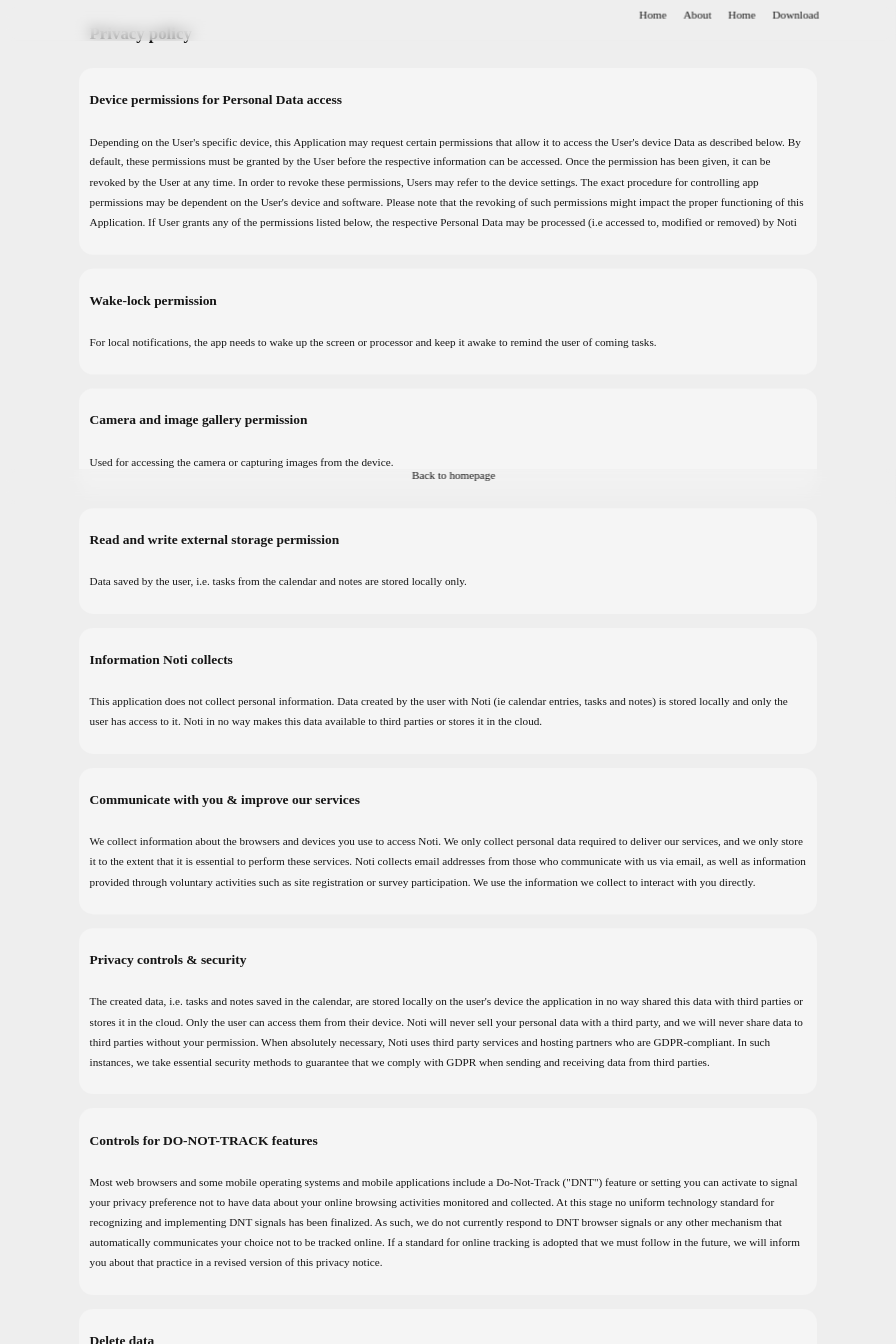
Repository: RafalSiuta/notiweb
Page: policy.html
These files come from the project's save history. The page is drawn as it stood at one moment and after the next save; the edit follows.
The browser window is 1280 px wide. The pictures show the part of the page from y = 0 to 1920 px (the page is 3557 px tall), at 70% of full size.

Above is the page before, as saved 2024-12-15 02:26:22.

### policy.html
<!DOCTYPE html>
<!--[if lt IE 7]>      <html class="no-js lt-ie9 lt-ie8 lt-ie7"> <![endif]-->
<!--[if IE 7]>         <html class="no-js lt-ie9 lt-ie8"> <![endif]-->
<!--[if IE 8]>         <html class="no-js lt-ie9"> <![endif]-->
<!--[if gt IE 8]>      <html class="no-js"> <!--<![endif]-->
<html>
    <head>
        <meta charset="utf-8">
        <meta http-equiv="X-UA-Compatible" content="IE=edge">
        <title>Noti privacy policy</title>
        <link rel="icon" type="image/x-icon" href="/images/favicon.ico">
        <meta name="Noti mobile app privacy policy" content="">
        <meta name="viewport" content="width=device-width, initial-scale=1">
        <link rel="stylesheet" href="/styles/styles.css">
    </head>
    <body>
        <nav>
            <ul>
                <li><a href="index.html">Home</a></li>
                <li><a href="index.html">About</a></li>
                <li><a href="index.html">Home</a></li>
                <li><a href="index.html">Download</a></li>
            </ul>
        </nav>

        <div class="main">
            <header>
                <h1>Privacy policy</h1>
            </header>

            <div class="item">

                <h3>Device permissions for Personal Data access</h3>
                <p>Depending on the User's specific device, this Application may request certain permissions that allow it to access the
                    User's device Data as described below.
                    By default, these permissions must be granted by the User before the respective information can be accessed. Once
                    the
                    permission has been given, it can be revoked by the User at any time. In order to revoke these permissions, Users
                    may
                    refer to the device settings.
                    The exact procedure for controlling app permissions may be dependent on the User's device and software.
                    Please note that the revoking of such permissions might impact the proper functioning of this Application.
                    If User grants any of the permissions listed below, the respective Personal Data may be processed (i.e accessed to,
                    modified or removed) by Noti</p>
            </div>
            <div class="item">
                <h3>Wake-lock permission</h3>
                <p>For local notifications, the app needs to wake up the screen or processor and keep it awake to remind the user of coming
                tasks.</p>
            </div>
            <div class="item">
                <h3>Camera and image gallery permission</h3>
                <p>Used for accessing the camera or capturing images from the device.</p>
            </div>
            <div class="item">
                <h3>Read and write external storage permission</h3>
                <p>Data saved by the user, i.e. tasks from the calendar and notes are stored locally only.</p>
            </div>
            <div class="item">
                <h3>Information Noti collects</h3>
                <p>This application does not collect personal information. Data created by the user with Noti (ie calendar entries,
                tasks
                and notes) is stored locally and only the user has access to it. Noti in no way makes this data available to third
                parties or stores it in the cloud.</p>
            </div>
            <div class="item">
                <h3>Communicate with you & improve our services</h3>
                <p>We collect information about the browsers and devices you use to access Noti.
                We only collect personal data required to deliver our services, and we only store it to the extent that it is
                essential
                to perform these services.
                Noti collects email addresses from those who communicate with us via email, as well as information provided through
                voluntary activities such as site registration or survey participation. We use the information we collect to
                interact
                with you directly.</p>
            </div>
            <div class="item">
                <h3>Privacy controls & security</h3>
                <p>The created data, i.e. tasks and notes saved in the calendar, are stored locally on the user's device
                the application in no way
                shared this data with third parties or stores it in the cloud. Only the user can access them from their device.
                Noti will never sell your personal data with a third party, and we will never share data to third parties without
                your permission. When absolutely necessary, Noti uses third party services and hosting partners who are
                GDPR-compliant. In such instances, we take essential security methods to guarantee that we comply with GDPR when sending
                and receiving data from third parties.</p>
            </div>
            <div class="item">
                <h3>Controls for DO-NOT-TRACK features</h3>
                <p>Most web browsers and some mobile operating systems and mobile applications include a Do-Not-Track ("DNT") feature or
                setting you can activate to signal your privacy preference not to have data about your online browsing activities
                monitored and collected. At this stage no uniform technology standard for recognizing and implementing DNT signals has
                been finalized. As such, we do not currently respond to DNT browser signals or any other mechanism that automatically
                communicates your choice not to be tracked online. If a standard for online tracking is adopted that we must follow in
                the future, we will inform you about that practice in a revised version of this privacy notice.</p>
            </div>
            <div class="item">
                <h3>Delete data</h3>
                <p>The data created with the application can be deleted by selecting the settings icon (the gear icon) and then selecting
                "settings" from the bar menu on the right, and then selecting the tab titled "Recycle Bin" - you can decide after which
                time the data will be deleted. Data is also deleted during the process of uninstalling the application from the device.
                Data from the website, such as the name and e-mail address provided for the newsletter, may be deleted after sending
                information to the contact address with a request to delete the data.</p>
            </div>
            <div class="item">
                <h3>The rights of Users</h3>
                <p>In brief: In some regions, such as the European Economic Area (EEA) and the United Kingdom (United Kingdom), you have
                rights that give you greater access to and control over your personal information. You can review, change or close your
                account at any time. In some regions (such as the EEA and UK) you have certain rights under applicable data protection
                laws. They may include the right - to request access and obtain a copy of your personal data, to request rectification
                or deletion, to limit the processing of your personal data and, where applicable, to transfer data. In certain
                circumstances, you may also have the right to object to the processing of your personal data. To make such a request,
                please use the contact details provided below. We will consider and take action upon request in accordance with
                applicable data protection laws. If we are relying on your consent to process your personal data, you have the right to
                withdraw your consent at any time. Remember, however, that this will not affect the lawfulness of processing prior to
                its withdrawal or the processing of your personal data based on lawful grounds for processing other than consent. If you
                are an EEA or UK resident and you believe that we are processing your personal data unlawfully, you also have the right
                to lodge a complaint with your local data protection supervisory authority <br></p>
            </div>
            <div class="item">
                <h3>Do California residents have specific privacy rights?</h3>
                <p>In brief: Yes, if you live in California you have certain rights to access your personal information. Section 1798.83 of
                the California Civil Code, also known as the "Shine The Light" Act, allows our California users to request and obtain
                from us once a year and free of charge information on the categories of personal information (if any) disclosed to third
                parties for direct marketing purposes as well as the names and addresses of all third parties with whom we shared
                personal data in the immediately preceding calendar year. If you are a California resident and wish to make such a
                request, please send us your request to the email address provided below. If you are under the age of 18, live in
                California and have a registered account, you have the right to request the deletion of unwanted data. To request
                deletion of such data, please contact us using the contact details provided below, providing the email address
                associated with your account and a statement that you live in California. We will make sure that the data is not
                publicly displayed in the Application, however, it should be remembered that this data may not be completely or
                comprehensively removed from all our systems (e.g. backups, etc.).</p>
            </div>
            <div class="item">
                <h3>Cookies</h3>
                <p>Cookies are required on Noti Website. We use them to collect visitors' preferences and thus to better optimize the
                user experience. Users can disable cookies in their browser settings. But please note that our services rely on cookies
                to function properly, and you may not be able to access certain features on our Website after disabling them.</p>
            </div>
            <div class="item">
                <h3>Changes to This Policy</h3>
                <p>If our Privacy Policy is changed in the future, we will not limit your rights under this Privacy Policy without your
                express consent. We always indicate the publication date of the latest changes. If the changes are significant, we will
                send you a more prominent notice (including, for certain services, an email notification of changes to the Privacy
                Policy).
                Please check back periodically to stay informed of any updates or changes to this Privacy Policy. By continuing to
                access and use Noti, you agree to be bound by the revised policy.
                </p>
            </div>
            <div class="item">
                <h3>Contact Us</h3>
                <p>If you have any questions about this Policy, please email us at <b>r85unit@gmail.com</b> with topic: "Privacy Questions”
                in the title line.
                </p>
            </div>
        </div>

        <footer>
            <a class="policy-link" href="index.html">Back to homepage</a>
        </footer>
        <script src="" async defer></script>
    </body>
</html>

### styles/styles.css
@font-face {
    font-family: "Exo-medium";
    src:url("fonts/Exo2-Medium.ttf") format("ttf");
    font-family: "Exo-black";
    src: url("fonts/Exo2-Black.ttf") format("ttf");

}
body {
    background-color: #EEEEEE;

}
nav{
    width: 100vw;
    position: fixed;
    background-color: rgba(238, 238, 238, 0.5);
    backdrop-filter: blur(10px);
}
 ul{
    width: 80vw;
    height: 40px;
    top: 0;
    margin: 5px auto;
    text-align: right;
}

li{
    display: inline;
    margin: 10px;
}
a {
    color: #161616;
    font-size: 1em;
    text-decoration: none;
    font-family: "Exo-medium";
    z-index: 2;
}
.main{
    display: flex;
    flex-direction: column;
    align-items: center;
    padding: 70px auto;
}

h1, h3{
    font-family: "Exo-black";
    font-size: 1.2em;
    color: #161616;
}

h1{
    font-size: 1.5em;
}

section{
    width: 100vw;
    height: 100vh;
    display: flex;
    justify-content: center;
    align-items: center;
}
footer{
    bottom: 0;
    height: 50px;
    width: 100vw;
    position: fixed;
    text-align: center;
    z-index: 2;
    background-color: rgba(238,238, 238, 0.5);
    backdrop-filter: blur(10px);
}
.policy-link{
    font-family: "Exo-medium";
    font-size: 1em;
    color: #161616;
    padding: 5px;
}
.item {
    display: flex;
    flex-direction: column;
    width: 80vw;
    text-align: left;
    margin: 10px auto;
    background-color: #f5f5f5;
    padding: 15px;
    border-radius: 20px;
}
p{
    line-height: 1.8em;
    font-family: 'Exo-medium';
    color: #161616;
}
header{
    width: 80vw;
    text-align: left;
    margin: 10px auto;

}

After the next save:
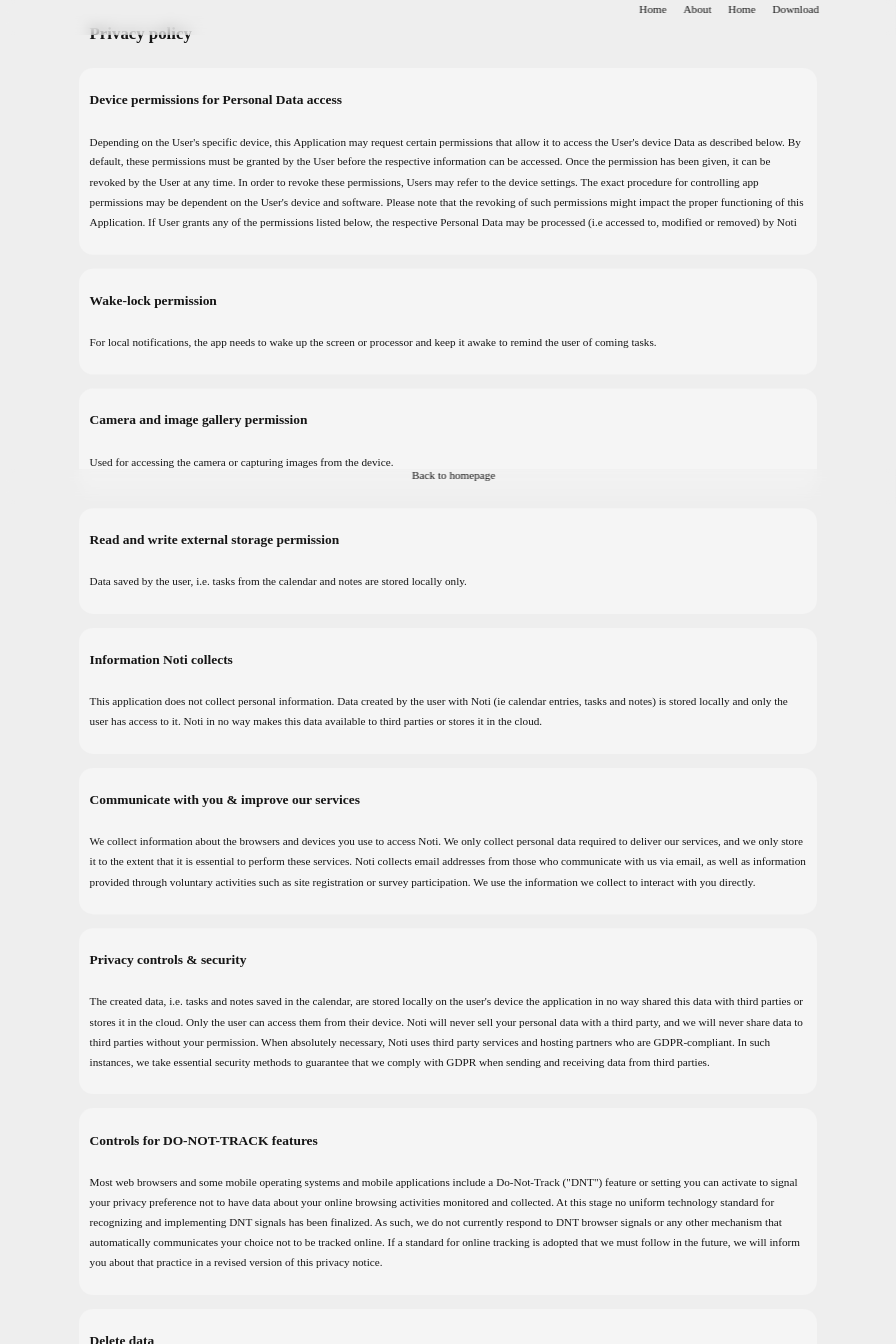
Saved 16 s later.
--- a/styles/styles.css
+++ b/styles/styles.css
@@ -12,13 +12,13 @@
 nav{
     width: 100vw;
     position: fixed;
+    top: 0;
     background-color: rgba(238, 238, 238, 0.5);
     backdrop-filter: blur(10px);
 }
  ul{
     width: 80vw;
     height: 40px;
-    top: 0;
     margin: 5px auto;
     text-align: right;
 }
